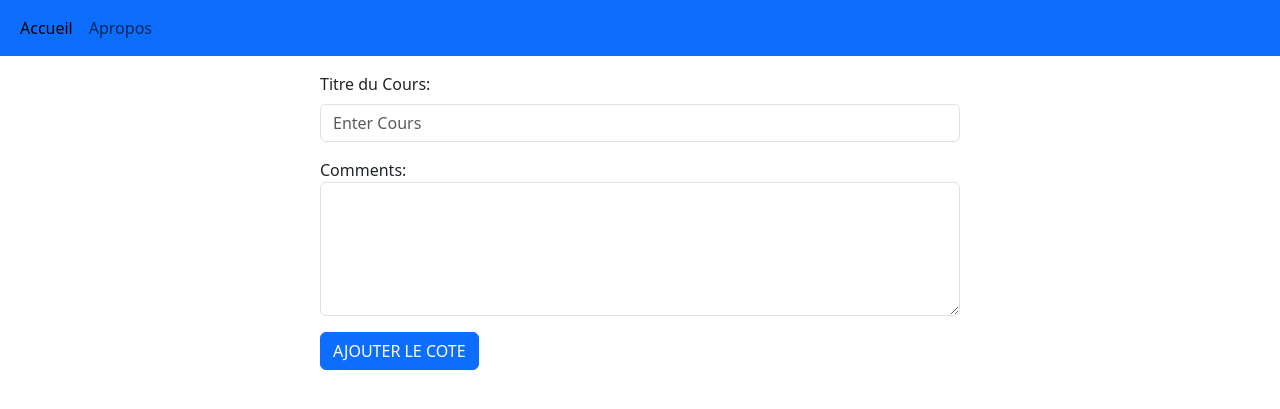
Repository: SKB-TECH/MinProject
Page: IHM/index.html
An editor plug-in stored every save of this project. The page is shown before and after the next save, followed by the edit.
The browser window is 1280 px wide. The pictures show the whole page.
Some web libraries are served in a nearby version.

Above is the page before, as saved 2022-09-29 15:07:52.

### IHM/index.html
<!DOCTYPE html>
<html lang="en">
<head>
    <meta charset="UTF-8">
    <meta http-equiv="X-UA-Compatible" content="IE=edge">
    <meta name="viewport" content="width=device-width, initial-scale=1.0">
    <link rel="stylesheet" href="../node_modules/bootstrap/dist/css/bootstrap.min.css">
    <title>NoteApp</title>
</head>
<body>
        <header>
            <nav class="navbar navbar-expand-sm bg-primary navbar-success">
                <div class="container-fluid">
                  <ul class="navbar-nav">
                    <li class="nav-item">
                      <a class="nav-link active" href="#">Accueil</a>
                    </li>
                   <li class="nav-item">
                      <a class="nav-link" href="#">Apropos</a>
                    </li>
                  </ul>
                </div>
              </nav>
        </header>
        <section>
            <div style="width:50%; margin:auto;">

                <form action="/action_page.php">
                    <div class="mb-3 mt-3">
                      <label for="email" class="form-label">Titre du Cours:</label>
                      <input type="email" class="form-control" id="email" placeholder="Enter Cours" name="email">
                    </div>
                    <div class="mb-3">
                        <label for="comment">Comments:</label>
                        <textarea class="form-control" rows="5" id="comment" name="text"></textarea>
                    </div>
                    <button type="submit" class="btn btn-primary width:100%">AJOUTER LE COTE</button>
                  </form>
                </div>
        </section>
</body>
</html>

After the next save:
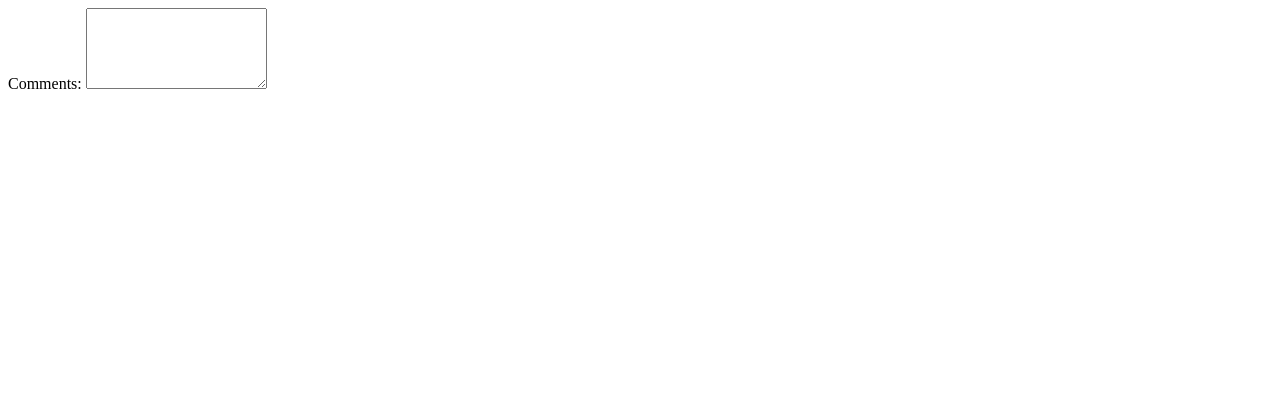
Saved 5 min 9 s later.
--- a/IHM/index.html
+++ b/IHM/index.html
@@ -1,42 +1,2 @@
-<!DOCTYPE html>
-<html lang="en">
-<head>
-    <meta charset="UTF-8">
-    <meta http-equiv="X-UA-Compatible" content="IE=edge">
-    <meta name="viewport" content="width=device-width, initial-scale=1.0">
-    <link rel="stylesheet" href="../node_modules/bootstrap/dist/css/bootstrap.min.css">
-    <title>NoteApp</title>
-</head>
-<body>
-        <header>
-            <nav class="navbar navbar-expand-sm bg-primary navbar-success">
-                <div class="container-fluid">
-                  <ul class="navbar-nav">
-                    <li class="nav-item">
-                      <a class="nav-link active" href="#">Accueil</a>
-                    </li>
-                   <li class="nav-item">
-                      <a class="nav-link" href="#">Apropos</a>
-                    </li>
-                  </ul>
-                </div>
-              </nav>
-        </header>
-        <section>
-            <div style="width:50%; margin:auto;">
-
-                <form action="/action_page.php">
-                    <div class="mb-3 mt-3">
-                      <label for="email" class="form-label">Titre du Cours:</label>
-                      <input type="email" class="form-control" id="email" placeholder="Enter Cours" name="email">
-                    </div>
-                    <div class="mb-3">
-                        <label for="comment">Comments:</label>
-                        <textarea class="form-control" rows="5" id="comment" name="text"></textarea>
-                    </div>
-                    <button type="submit" class="btn btn-primary width:100%">AJOUTER LE COTE</button>
-                  </form>
-                </div>
-        </section>
-</body>
-</html>
+<label for="comment">Comments:</label>
+<textarea class="form-control" rows="5" id="comment" name="text"></textarea>

After the save that followed:
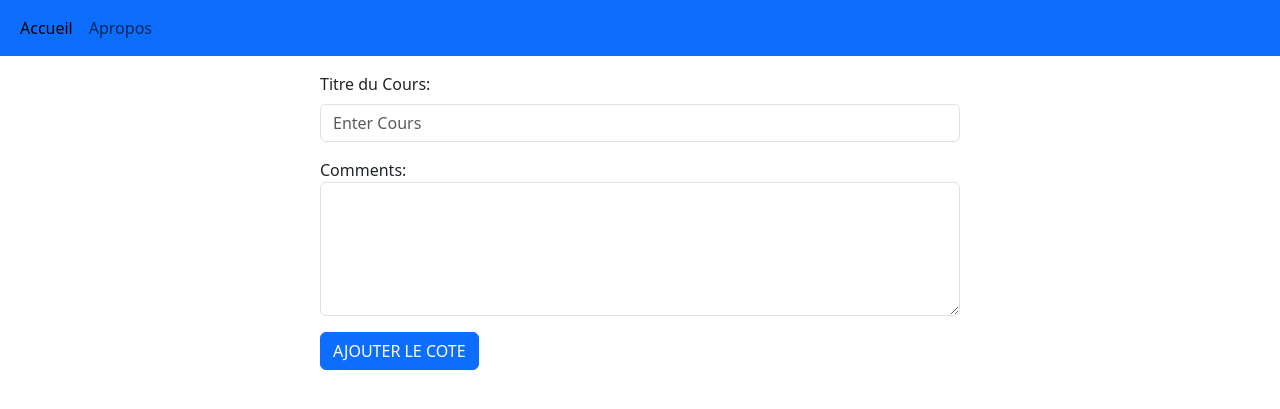
Saved 4 s later.
--- a/IHM/index.html
+++ b/IHM/index.html
@@ -1,2 +1,42 @@
-<label for="comment">Comments:</label>
-<textarea class="form-control" rows="5" id="comment" name="text"></textarea>
+<!DOCTYPE html>
+<html lang="en">
+<head>
+    <meta charset="UTF-8">
+    <meta http-equiv="X-UA-Compatible" content="IE=edge">
+    <meta name="viewport" content="width=device-width, initial-scale=1.0">
+    <link rel="stylesheet" href="../node_modules/bootstrap/dist/css/bootstrap.min.css">
+    <title>NoteApp</title>
+</head>
+<body>
+        <header>
+            <nav class="navbar navbar-expand-sm bg-primary navbar-success">
+                <div class="container-fluid">
+                  <ul class="navbar-nav">
+                    <li class="nav-item">
+                      <a class="nav-link active" href="#">Accueil</a>
+                    </li>
+                   <li class="nav-item">
+                      <a class="nav-link" href="#">Apropos</a>
+                    </li>
+                  </ul>
+                </div>
+              </nav>
+        </header>
+        <section>
+            <div style="width:50%; margin:auto;">
+
+                <form action="/action_page.php">
+                    <div class="mb-3 mt-3">
+                      <label for="email" class="form-label">Titre du Cours:</label>
+                      <input type="email" class="form-control" id="email" placeholder="Enter Cours" name="email">
+                    </div>
+                    <div class="mb-3">
+                        <label for="comment">Comments:</label>
+                        <textarea class="form-control" rows="5" id="comment" name="text"></textarea>
+                    </div>
+                    <button type="submit" class="btn btn-primary width:100%">AJOUTER LE COTE</button>
+                  </form>
+                </div>
+        </section>
+</body>
+</html>
